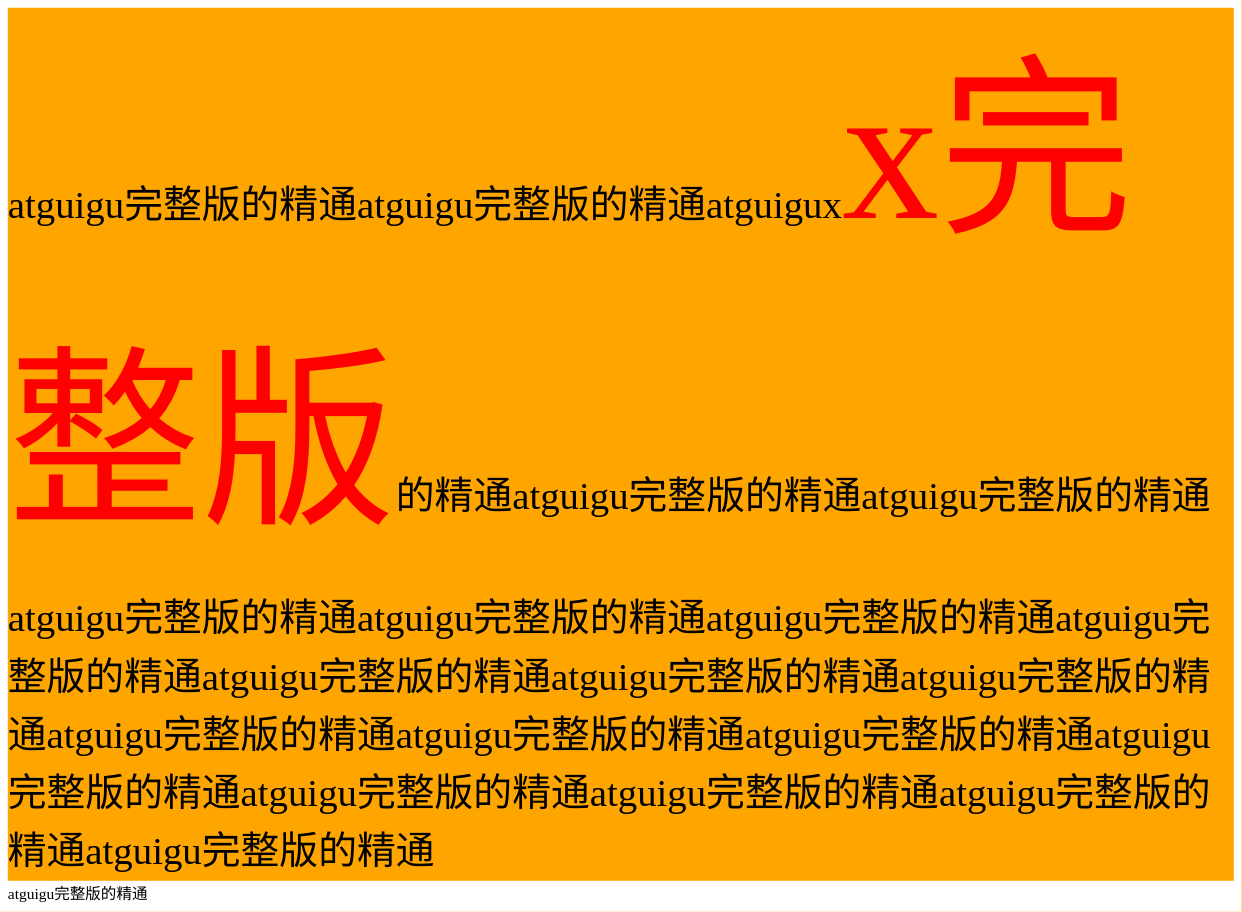
Repository: 123648923/html5-css3
Page: css/10 常用文本属性/08 行高_注意事项.html
The author's editor kept a copy of each file at every save. The page is drawn from the files as they stood at one save, then again after the next save.
The browser window is 1280 px wide. The pictures show the whole page, at 97% of full size.

Above is the page before, as saved 2023-11-06 14:52:18.

### css/10 常用文本属性/08 行高_注意事项.html
<!DOCTYPE html>
<html lang="zh_cn">

<head>
    <meta charset="UTF-8">
    <title>行高_概念</title>
    <style>
         #d1 {
            font-size: 40px;
            /* font-family: "隶书"; */
            background-color: skyblue;
            line-height: 1.5;
        }

        #d2 {
            font-size: 40px;
            /* font-family: "隶书"; */
            background-color: orange;
            line-height: 1.5;
        }

        span{
            font-size: 200px;
            color: red;
            /* line-height: 1.5; */
        }
    </style>
</head>

<body>
    <!-- <div id="d1">atguigu完整版的精通atguigu完整版的精通atguigu完整版的精通atguigu完整版的精通atguigu完整版的精通atguigu完整版的精通atguigu完整版的精通atguigu完整版的精通atguigu完整版的精通atguigu完整版的精通atguigu完整版的精通atguigu完整版的精通atguigu完整版的精通atguigu完整版的精通atguigu完整版的精通atguigu完整版的精通atguigu完整版的精通atguigu完整版的精通atguigu完整版的精通atguigu完整版的精通</div> -->
    <div id="d2">atguigu完整版的精通atguigu完整版的精通atguigux<span>x完整版</span>的精通atguigu完整版的精通atguigu完整版的精通atguigu完整版的精通atguigu完整版的精通atguigu完整版的精通atguigu完整版的精通atguigu完整版的精通atguigu完整版的精通atguigu完整版的精通atguigu完整版的精通atguigu完整版的精通atguigu完整版的精通atguigu完整版的精通atguigu完整版的精通atguigu完整版的精通atguigu完整版的精通atguigu完整版的精通</div>
    <div id="d3">atguigu完整版的精通</div>
</body>

</html>

After the next save:
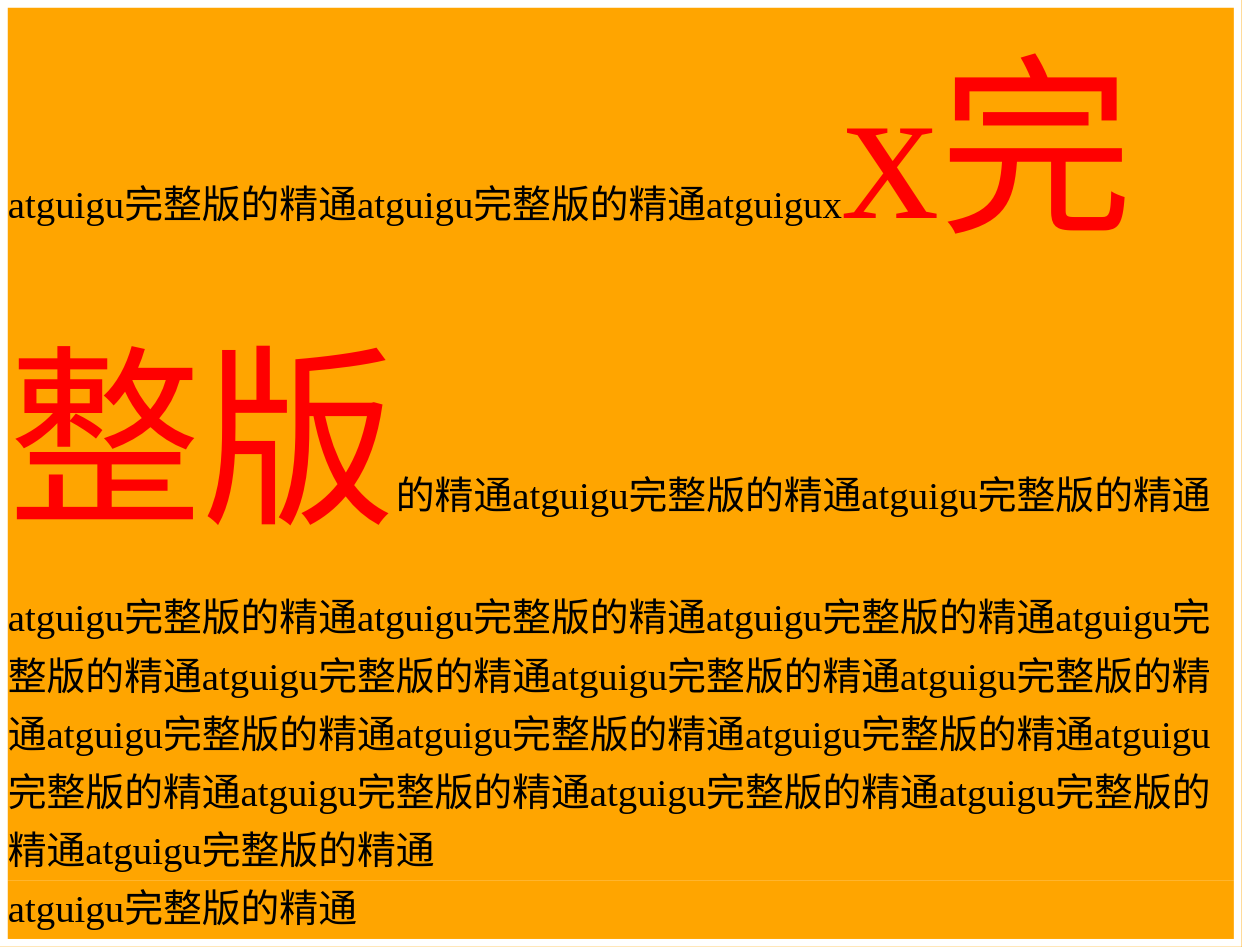
Saved 7 s later.
--- a/css/10 常用文本属性/08 行高_注意事项.html
+++ b/css/10 常用文本属性/08 行高_注意事项.html
@@ -24,6 +24,13 @@
             color: red;
             /* line-height: 1.5; */
         }
+
+        #d3 {
+            font-size: 40px;
+            /* font-family: "隶书"; */
+            background-color: orange;
+            line-height: 1.5;
+        }
     </style>
 </head>
 
